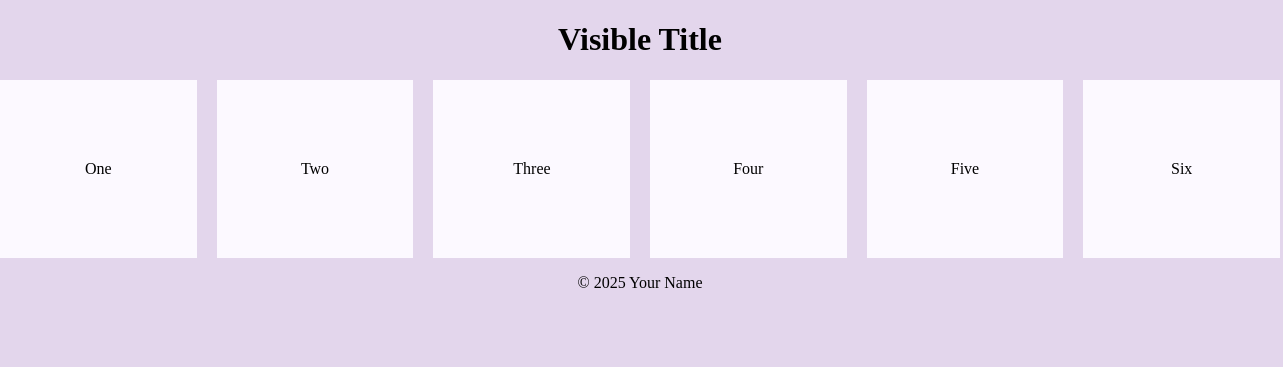
Repository: Brittany-Westlund/WebDesign
Page: FinalProject/index.html
The author's editor kept a copy of each file at every save. The page is drawn from the files as they stood at one save, then again after the next save.
The browser window is 1280 px wide. The page is 1280 px wide, then 1283 px, then 1280 px, so the pictures cover 1283 px, including what lies to the right of the window. The pictures show the whole page.

Above is the page before, as saved 2025-06-13 12:22:46.

After the next save:
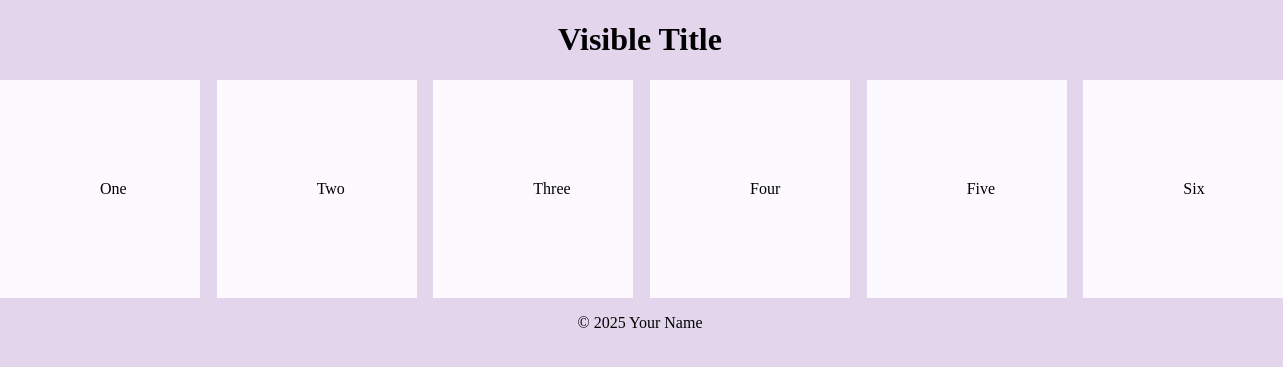
Saved 13 s later.
--- a/FinalProject/style/style.css
+++ b/FinalProject/style/style.css
@@ -18,7 +18,7 @@ header {
 .item {
   text-align: center;
   background-color: #fcf9ff;
-  padding: 80px;
+  padding: 100px;
 }
 
 footer {

After the save that followed:
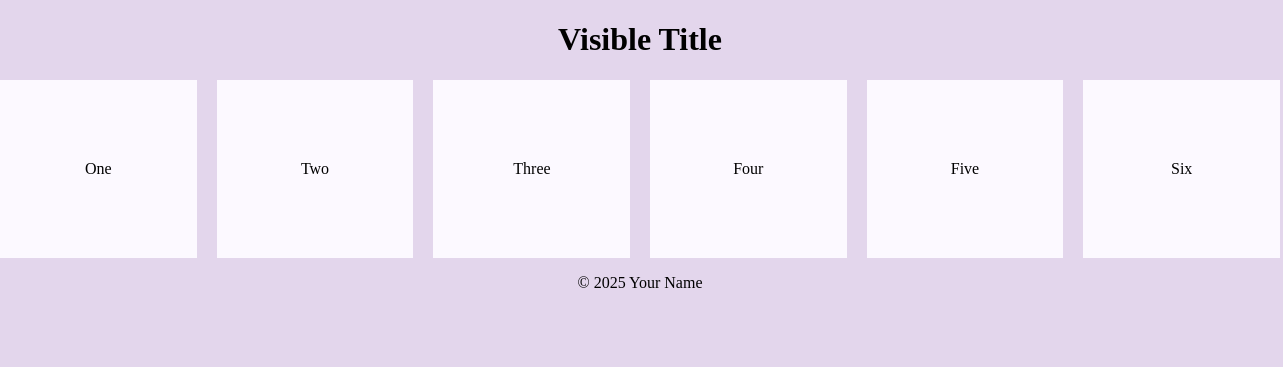
Saved 13 s later.
--- a/FinalProject/style/style.css
+++ b/FinalProject/style/style.css
@@ -18,7 +18,7 @@ header {
 .item {
   text-align: center;
   background-color: #fcf9ff;
-  padding: 100px;
+  padding: 80px;
 }
 
 footer {
